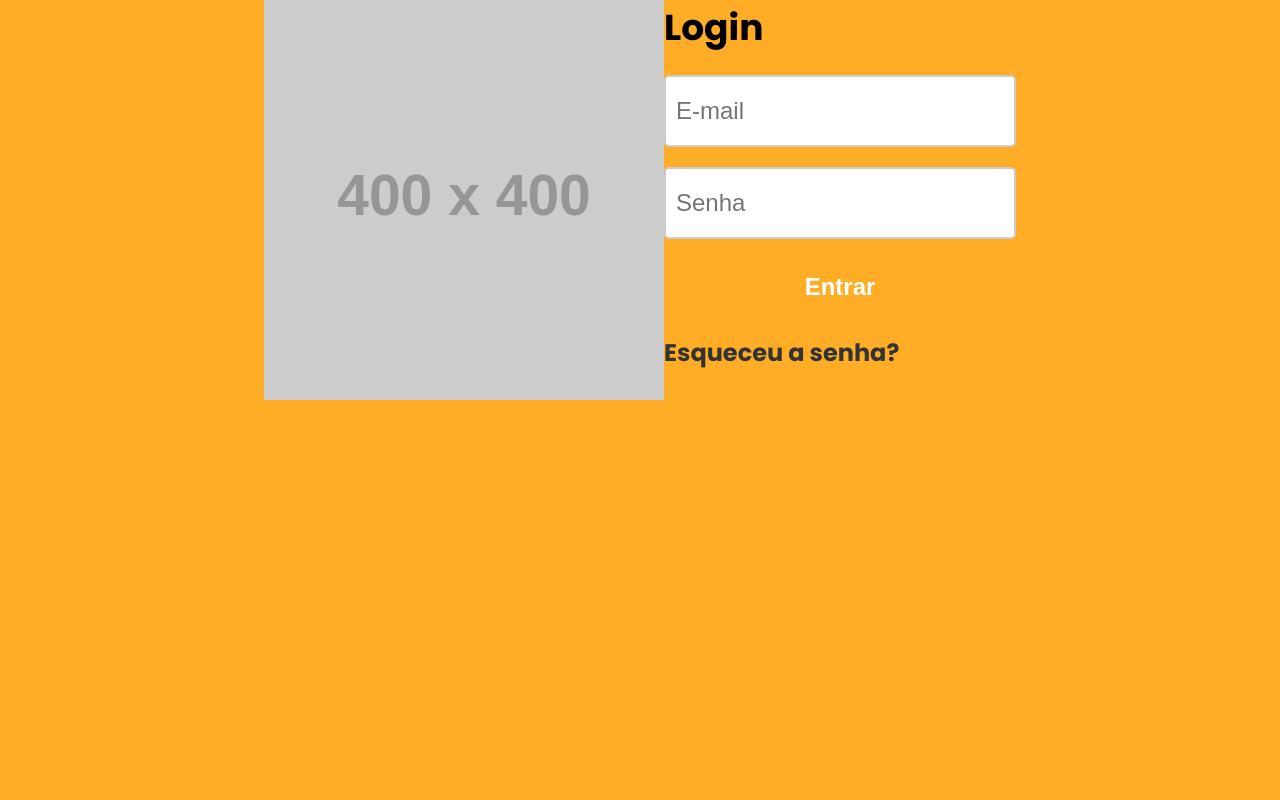
Repository: CCG-web/beeweb
Page: /login
These files come from the project's save history. The page is drawn as it stood at one moment and after the next save; the edit follows.
The browser window is 1280 px wide. The pictures show the whole page.
The project was rebuilt for these pictures with package versions that can differ from the ones it lists, and the page was loaded fresh each time. Also part of the build but not shown: src/components/Home.css, src/components/Home.jsx, src/components/Sobre.css, src/components/Sobre.jsx, src/components/Cards.css, src/components/Cards.jsx, src/components/Team.css, src/components/Team.jsx and 5 more.

Above is the page before, as saved 2023-05-09 23:34:25.

After the next save:
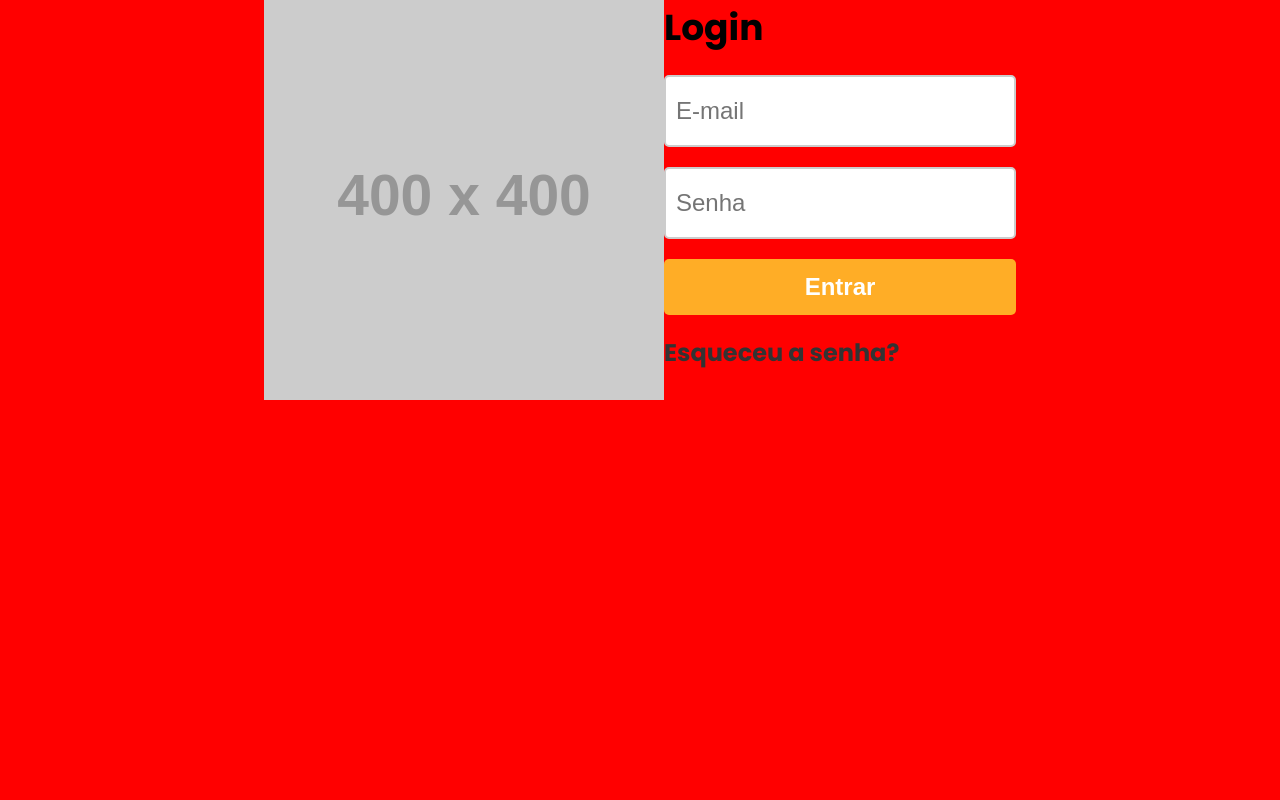
Saved 17 s later.
--- a/src/routes/Login.css
+++ b/src/routes/Login.css
@@ -1,5 +1,5 @@
 .row{
-    background-color: #FFAD26;
+    background-color: red;
     width: 100%;
     display: flex;
     justify-content: center;
